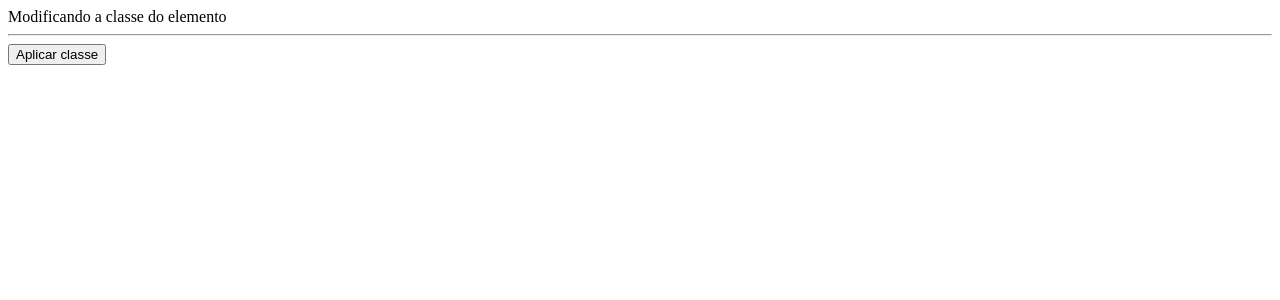
Repository: TeoNogueira/Aulas-Udemy-DevFull-Stack-Por-Jamilton-Damasceno-e-Jorge-Sant-Ana-
Page: public_project/JavaScript/DOM_Manipulation_2.html
The author's editor kept a copy of each file at every save. The page is drawn from the files as they stood at one save, then again after the next save.
The browser window is 1280 px wide. The pictures show the whole page.

Above is the page before, as saved 2020-10-27 22:00:31.

After the next save:
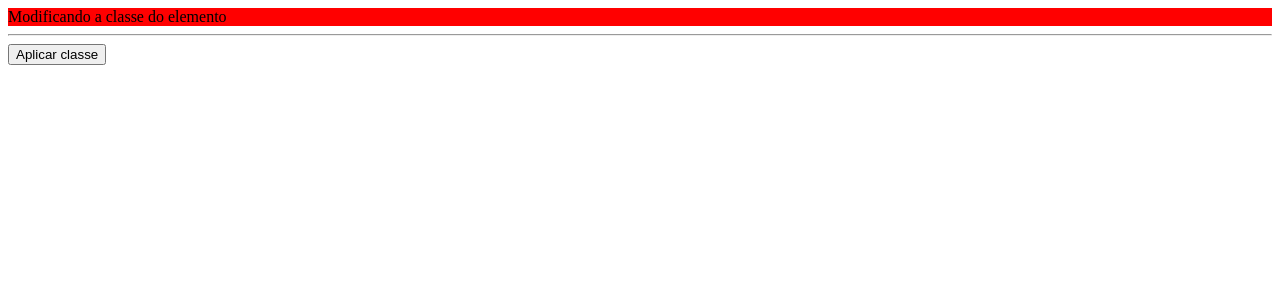
Saved 36 s later.
--- a/public_project/JavaScript/DOM_Manipulation_2.html
+++ b/public_project/JavaScript/DOM_Manipulation_2.html
@@ -7,7 +7,7 @@
 <style class="">
 .estilo1 {
 
-
+    background: #FF0000
 
 
 }
